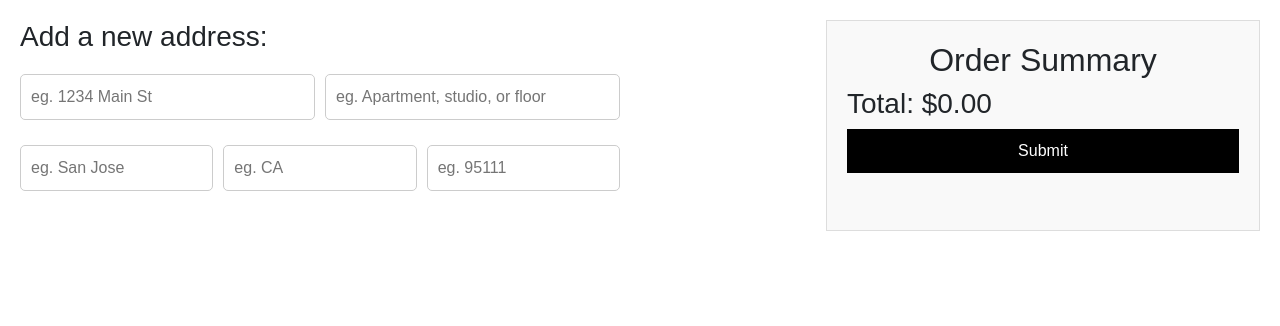
Repository: chelseajaculina/lab2-uber-eats
Page: /order (app in frontend/)
These files come from the project's save history. The page is drawn as it stood at one moment and after the next save; the edit follows.
The browser window is 1280 px wide. The pictures show the whole page.
The page's requests for data from a server got no answer. The project was rebuilt for these pictures with package versions that can differ from the ones it lists, and the page was loaded fresh each time. No one was signed in, and anything a server would have sent is missing. Also part of the build but not shown: frontend/src/components/Home.css, frontend/src/components/Logout.css, frontend/src/components/Logout.js, frontend/src/components/CartModal.css, frontend/src/components/CartModal.js, frontend/src/components/NavBarHome.js, frontend/src/components/Home.js, frontend/src/components/CustomerSignUp.js and 25 more.

Above is the page before, as saved 2024-11-23 00:01:13.

### frontend/src/components/OrderPage.js
import React, { useState, useEffect, useMemo } from 'react';
import { useLocation, useNavigate } from 'react-router-dom';
import axios from 'axios';
import './OrderPage.css'; // Add custom CSS for styling

const OrderPage = () => {
  const location = useLocation();
  const navigate = useNavigate();

  const cart = useMemo(() => location.state?.cart || [], [location.state]);

  const [street, setStreet] = useState('');
  const [apartment, setApartment] = useState('');
  const [city, setCity] = useState('');
  const [state, setState] = useState('');
  const [zipcode, setZipcode] = useState('');
  const [isLoading, setIsLoading] = useState(false);
  const [isOrderPlaced, setIsOrderPlaced] = useState(false);
  const [successMessage, setSuccessMessage] = useState('');
  const [customerId, setCustomerId] = useState(null);
  const [restaurantId, setRestaurantId] = useState(null);

  useEffect(() => {
    const fetchSessionData = async () => {
      try {
        const { data } = await axios.get('/api/session-data/', {
          headers: {
            Authorization: `Bearer ${localStorage.getItem('token')}`,
          },
        });

        setCustomerId(data.customer_id);
        setRestaurantId(cart[0]?.restaurant_id || data.restaurant_id);
      } catch (error) {
        console.error('Error fetching session data:', error);
      }
    };

    fetchSessionData();

    if (!customerId) setCustomerId(localStorage.getItem('customer_id'));
    if (!restaurantId) setRestaurantId(localStorage.getItem('restaurant_id'));
  }, [cart, customerId, restaurantId]);

  const calculateTotal = () =>
    cart.reduce((total, item) => total + (parseFloat(item.price) || 0) * item.quantity, 0).toFixed(2);

  const handlePlaceOrder = async () => {
    setIsLoading(true);
    setSuccessMessage('');

    const orderItems = cart.map((item) => ({
      dish_id: item.id,
      quantity: item.quantity,
    }));

    const orderPayload = {
      restaurant_id: restaurantId,
      customer_id: customerId,
      address: `${street}, ${apartment ? apartment + ', ' : ''}${city}, ${state} ${zipcode}`,
      items: orderItems,
      total: calculateTotal(),
      status: 'New',
      delivery_status: 'Order Received',
    };

    try {
      const response = await axios.post('/api/restaurants/orders/create/', orderPayload, {
        headers: {
          Authorization: `Bearer ${localStorage.getItem('token')}`,
        },
      });

      console.log('Order placed successfully:', response.data);
      setIsOrderPlaced(true);
      setSuccessMessage('Your order has been placed successfully!');
    } catch (error) {
      console.error('Error placing order:', error);
    } finally {
      setIsLoading(false);
    }
  };

  return (
    <div className="order-page">


      <div className="order-container">
        <div className="address-section">
          <h3> Add a new address:</h3>
          <form className="new-address-form">
            <div className="address-input">
              <input
                type="text"
                placeholder="eg. 1234 Main St"
                value={street}
                onChange={(e) => setStreet(e.target.value)}
              />
              <input
                type="text"
                placeholder="eg. Apartment, studio, or floor"
                value={apartment}
                onChange={(e) => setApartment(e.target.value)}
              />
            </div>
            <div className="address-input">
              <input
                type="text"
                placeholder="eg. San Jose"
                value={city}
                onChange={(e) => setCity(e.target.value)}
              />
              <input
                type="text"
                placeholder="eg. CA"
                value={state}
                onChange={(e) => setState(e.target.value)}
              />
              <input
                type="text"
                placeholder="eg. 95111"
                value={zipcode}
                onChange={(e) => setZipcode(e.target.value)}
              />
            </div>
          </form>
        </div>

        <div className="order-summary">
          <h2>Order Summary</h2>
          {cart.map((item) => (
            <div key={item.id} className="summary-item">
              <span>{item.name}</span>
              <span>Qty: {item.quantity}</span>
              <span>${(parseFloat(item.price) * item.quantity).toFixed(2)}</span>
            </div>
          ))}
          <h3>Total: ${calculateTotal()}</h3>
          <button
            className="place-order-button"
            onClick={handlePlaceOrder}
            disabled={isLoading || !customerId || !restaurantId}
          >
            {isLoading ? 'Placing Order...' : 'Submit'}
          </button>
        </div>
      </div>

      {isOrderPlaced && (
        <div className="confirmation-message">
          <h3>Congratulations!</h3>
          <p>Your order has been placed! Stay hungry, our delivery executive will be assigned shortly.</p>
          <button onClick={() => navigate('/orders')} className="dashboard-button">
            Go to Dashboard
          </button>
        </div>
      )}
    </div>
  );
};

export default OrderPage;

### frontend/src/components/SignUp.css
/* Shared container styling for login and signup */
.signup-container {
    display: flex;
    flex-direction: column;
    align-items: center;
    padding: 20px;
    width: 100%;
    background-color: #f7f7f7; /* Light gray background */
}

/* Shared header styling for both signup and login */
.signup-header {
    background-color: transparent;
    width: 100%;
    text-align: center;
    padding: 10px;
}

/* Brand title styling for consistency */
.brand-title {
    color: #000; /* Black color for "Uber" */
    font-size: 24px;
}

.brand-title span {
    color: #34a853; /* Green color for "Eats" */
}

/* Container to hold both forms side by side */
.signup-forms {
    display: flex;
    justify-content: space-between;
    width: 80%;
    max-width: 1200px;
    gap: 20px; /* Space between the two forms */
    margin-top: 20px;
}

/* Styling for each individual form container */
.form-container {
    flex: 1;
    background-color: white;
    padding: 20px;
    border-radius: 10px;
    box-shadow: 0 4px 10px rgba(0, 0, 0, 0.1);
    text-align: center;
}

/* Shared form styling for inputs and buttons */
.signup-form, .login-form {
    display: flex;
    flex-direction: column;
    width: 100%;
    margin-top: 20px;
}

.signup-form h2, h2 {
    text-align: center;
    font-size: 18px;
    margin-bottom: 10px;
    color: #333;
}

.signup-form input,  input {
    width: 100%;
    padding: 12px;
    margin: 8px 0;
    border-radius: 8px;
    border: 1px solid #ccc;
    font-size: 16px;
}

.continue-button {
    background-color: black;
    color: white;
    padding: 12px;
    border: none;
    border-radius: 8px;
    font-size: 16px;
    cursor: pointer;
    margin-top: 10px;
}

.divider {
    display: flex;
    align-items: center;
    text-align: center;
    margin: 20px 0;
}

.line {
    flex: 1;
    height: 1px;
    background-color: #ccc;
    border: none;
}



.google-button, .apple-button, .qr-code-button {
    display: flex;
    align-items: center;
    justify-content: center;
    background-color: #f5f5f5;
    color: black;
    padding: 12px;
    margin: 8px 0;
    border-radius: 8px;
    border: 1px solid #ccc;
    font-size: 16px;
    cursor: pointer;
}

.google-button img, .apple-button img, .qr-code-button img {
    width: 20px;
    height: 20px;
    margin-right: 10px;
}

.disclaimer {
    font-size: 12px;
    color: gray;
    text-align: center;
    margin-top: 10px;
    line-height: 1.5;
}

.link-button {
    color: #000;
    font-weight: bold;
    text-decoration: none;
    cursor: pointer;
    background: #000;  /* Remove default background */
    border: none;      /* Remove default border */
    padding: 0.5rem;   /* Optional padding to make it look button-like */
    color: #fff;
}

/* Responsive design for smaller screens */
@media (max-width: 768px) {
    .signup-forms {
        flex-direction: column;
        align-items: center;
    }

    .form-container {
        width: 100%;
        margin-bottom: 20px;
    }
}


/* Stretch buttons across form container */
.google-button, .apple-button, .qr-code-button {
    display: flex;
    align-items: center;
    justify-content: center;
    background-color: #f5f5f5;
    color: black;
    padding: 12px;
    margin: 8px 0;
    border-radius: 8px;
    border: 1px solid #ccc;
    font-size: 16px;
    cursor: pointer;
    width: 100%; /* Make buttons full width */
    max-width: 300px; /* Optional max-width to keep buttons from getting too wide */
}

/* Center the buttons within the form container */
.signup-form, .login-form {
    display: flex;
    flex-direction: column;
    align-items: center; /* Center all elements horizontally */
    width: 100%;
    margin-top: 20px;
}

/* Center the button icon */
.google-button .icon, .apple-button .icon, .qr-code-button .icon {
    margin-right: 10px;
    font-size: 20px;
}

### frontend/src/components/CustomerProfile.css
/* Main Container */
.dashboard-container {
    display: flex;
    font-family: Arial, sans-serif;
  }

  /* Sidebar */
  .sidebar {
    width: 250px;
    background-color: #000;
    color: #fff;
    padding: 20px;
    min-height: 100vh;
  }

  .sidebar h2 {
    font-size: 1.2em;
    margin-bottom: 20px;
    color: #fff;
  }

  .sidebar ul {
    list-style-type: none;
    padding: 0;
  }

  .sidebar ul li {
    padding: 15px 0;
    color: #ccc;
    cursor: pointer;
  }

  .sidebar ul li:hover,
  .sidebar ul li.active {
    color: #fff;
    background-color: #333;
    padding-left: 10px;
    border-radius: 5px;
  }

  /* Content Section */
  .content {
    flex: 1;
    padding: 40px;
  }

  .content h1 {
    font-size: 2em;
    font-weight: bold;
    margin-bottom: 20px;
  }

  /* Form Styling */
  form {
    display: flex;
    flex-direction: column;
    gap: 15px;
    max-width: 600px;
    margin-bottom: 30px;
  }

  form label {
    font-weight: bold;
    margin-bottom: 5px;
  }

  form input[type="text"],
  form input[type="date"],
  form input[type="email"],
  form input[type="tel"],
  form select {
    width: 100%;
    padding: 10px;
    border: 1px solid #ccc;
    border-radius: 5px;
  }

  form button {
    padding: 10px 15px;
    background-color: #28a745;
    color: #fff;
    border: none;
    border-radius: 5px;
    cursor: pointer;
  }

  form button:hover {
    background-color: #000;
  }

  /* Profile Picture Section */
  .profile-section {
    display: flex;
    align-items: center;
    gap: 10px;
    margin-bottom: 20px;
  }

  .profile-picture {
    width: 100px;
    height: 100px;
    border-radius: 75%;
    object-fit: cover;
    border: 1px solid #ccc;
  }

  .profile-picture-input {
    margin-top: 10px;
  }

  .profile-picture-btn {
    padding: 8px 12px;
    background-color: #28a745;
    color: #fff;
    border: none;
    border-radius: 5px;
    cursor: pointer;
    margin-top: 10px;
  }

  .profile-picture-btn:hover {
    background-color: #000000;
  }

  /* Favorites Section */
  .favorites-section {
    margin-top: 30px;
  }

  .favorites-section h2 {
    font-size: 1.5em;
    font-weight: bold;
    margin-bottom: 10px;
  }

  .favorites-section ul {
    list-style-type: none;
    padding: 0;
  }

  .favorites-section li {
    padding: 10px 0;
    border-bottom: 1px solid #eee;
  }

  /* Edit Icon Styling (optional) */
  .edit-icon {
    cursor: pointer;
    font-size: 1.2em;
    color: #007bff;
    background: #fff;
    border-radius: 50%;
    padding: 5px;
    border: 1px solid #007bff;
  }

### frontend/src/components/Welcome.css
/* General Reset */
* {
    margin: 0;
    padding: 0;
    box-sizing: border-box;
    font-family: Arial, Helvetica, sans-serif;
}

/* Container */
.landing-container {
    width: 100%;
    height: 100vh;
    background: url('/public/images/landing-bg.jpg') center/cover no-repeat;
    color: #000;
    display: flex;
    flex-direction: column;
    margin: 0;
    padding: 0;
}

/* Navigation Bar */
.navbar {
    display: flex;
    justify-content: space-between;
    align-items: center;
    padding: 1rem 2rem;
    background-color: transparent; /* Keep background transparent if desired */
    border-bottom: none; /* Ensure no bottom border */
    box-shadow: none; /* Ensure no shadow */
}


.navbar-left {
    display: flex;
    align-items: center;
    background-color: transparent;
}

.menu-button {
    font-size: 1.5rem;
    background: none;
    border: none;
    cursor: pointer;
    margin-right: 1rem;
    color: #000; /* White icon color */
}

.menu-button:focus {
    outline: none; /* Remove focus outline */
}

.brand-title {
    font-weight: bold;
    font-size: 1.5rem;
    color: #000;
}

.navbar-right {
    display: flex;
    align-items: center;
    background-color: transparent;
}

.navbar-right button {
    padding: 0.5rem 1rem;
    cursor: pointer;
    font-size: 1rem;
    margin-left: 1rem;
    border-radius: 5px;
    border: none; /* Ensure there is no border for solid button effect */
}

/* Log in Button - White with Black Border */
.login-button {
    background-color: #fff;          /* White background */
    color: #000;                     /* Black text */
    border: 1px solid #000;          /* Black border */
    border-radius: 5px;              /* Slightly rounded corners */
}

/* Sign up Button - Green with White Text */
.signup-button {
    background-color: #00ff80;  /* Green background */
    color: #fff;                     /* White text */
    border-radius: 5px;              /* Slightly rounded corners */
}

/* Hero Section */
.hero-section {
    display: flex;
    flex-direction: column;
    align-items: left;
    margin-top: 6rem;
    padding: 2rem;
    color: #000;
}

.hero-section h1 {
    font-size: 3rem;
    font-weight: bold;
    margin-bottom: 2rem;
}

/* Address Input Section */
.address-input-section {
    display: flex;
    align-items: center;
    gap: 1rem;
    width: 100%;
    max-width: 800px;
}

.input-box {
    display: flex;
    align-items: center;
    background: #fff;
    padding: 0.5rem;
    border-radius: 8px;
    flex-grow: 1;
    border: 1px solid #ddd;
}

.input-box .icon {
    margin-right: 0.5rem;
    color: #666;
}

.input-box input {
    border: none;
    outline: none;
    width: 100%;
    font-size: 1rem;
    padding: 0.5rem 0;
}

.delivery-time-dropdown {
    display: flex;
    align-items: center;
    background: #fff;
    padding: 0.5rem;
    border-radius: 8px;
    border: 1px solid #ddd;
}

.delivery-time-dropdown .icon {
    margin-right: 0.5rem;
    color: #666;
}

.delivery-time-dropdown select {
    border: none;
    outline: none;
    font-size: 1rem;
    background: transparent;
}

/* Search Button */
.search-button {
    background-color: #000;
    color: #fff;
    padding: 0.75rem 1.5rem;
    border: none;
    cursor: pointer;
    border-radius: 8px;
    font-weight: bold;
}

/* Sign In Link */
.signin-link {
    margin-top: 1rem;
    font-size: 1rem;
    color: #666;
}

.signin-link a {
    color: #000;
    font-weight: bold;
    text-decoration: none;
}

.signin-link a:hover {
    text-decoration: underline;
}

.link-button {
    color: #000;
    font-weight: bold;
    text-decoration: none;
    cursor: pointer;
    background: none;  /* Remove default background */
    border: none;      /* Remove default border */
    padding: 0.5rem;   /* Optional padding to make it look button-like */
}

.link-button:hover {
    text-decoration: underline; /* Add underline on hover */
}

### frontend/src/components/RestaurantProfile.css
/* Main Container */
.dashboard-container {
    display: flex;
    font-family: Arial, sans-serif;
  }

  /* Sidebar */
  .sidebar {
    width: 250px;
    background-color: #000;
    color: #fff;
    padding: 20px;
    min-height: 100vh;
  }

  .sidebar h2 {
    font-size: 1.2em;
    margin-bottom: 20px;
    color: #fff;
  }

  .sidebar ul {
    list-style-type: none;
    padding: 0;
  }

  .sidebar ul li {
    padding: 15px 0;
    color: #ccc;
    cursor: pointer;
  }

  .sidebar ul li:hover,
  .sidebar ul li.active {
    color: #fff;
    background-color: #333;
    padding-left: 10px;
    border-radius: 5px;
  }

  /* Content Section */
  .content {
    flex: 1;
    padding: 40px;
  }

  .content h1 {
    font-size: 2em;
    font-weight: bold;
    margin-bottom: 20px;
  }

  /* Form Styling */
  form {
    display: flex;
    flex-direction: column;
    gap: 15px;
    max-width: 600px;
    margin-bottom: 30px;
  }

  form label {
    font-weight: bold;
    margin-bottom: 5px;
  }

  form input[type="text"],
  form input[type="date"],
  form input[type="email"],
  form input[type="tel"],
  form select {
    width: 100%;
    padding: 10px;
    border: 1px solid #ccc;
    border-radius: 5px;
  }

  form button {
    padding: 10px 15px;
    background-color: #28a745;
    color: #fff;
    border: none;
    border-radius: 5px;
    cursor: pointer;
  }

  form button:hover {
    background-color: #000;
  }

  /* Profile Picture Section */
  .profile-section {
    display: flex;
    align-items: center;
    gap: 10px;
    margin-bottom: 20px;
  }

  .profile-picture {
    width: 100px;
    height: 100px;
    border-radius: 75%;
    object-fit: cover;
    border: 1px solid #ccc;
  }

  .profile-picture-input {
    margin-top: 10px;
  }

  .profile-picture-btn {
    padding: 8px 12px;
    background-color: #28a745;
    color: #fff;
    border: none;
    border-radius: 5px;
    cursor: pointer;
    margin-top: 10px;
  }

  .profile-picture-btn:hover {
    background-color: #000000;
  }

  /* Favorites Section */
  .favorites-section {
    margin-top: 30px;
  }

  .favorites-section h2 {
    font-size: 1.5em;
    font-weight: bold;
    margin-bottom: 10px;
  }

  .favorites-section ul {
    list-style-type: none;
    padding: 0;
  }

  .favorites-section li {
    padding: 10px 0;
    border-bottom: 1px solid #eee;
  }

  /* Edit Icon Styling (optional) */
  .edit-icon {
    cursor: pointer;
    font-size: 1.2em;
    color: #007bff;
    background: #fff;
    border-radius: 50%;
    padding: 5px;
    border: 1px solid #007bff;
  }

### frontend/src/components/RestaurantMenu.css
/* General Reset */
* {
  margin: 0;
  padding: 0;
  box-sizing: border-box;
  font-family: Arial, Helvetica, sans-serif;
}

/* Container for the entire menu section */
.restaurant-menu {
  width: 100%;
  padding: 20px;
  display: flex;
  flex-direction: column;
  align-items: center;
  background-color: #f5f5f5;
}

/* Title of the menu */
.menu-title {
  font-size: 2rem;
  margin-bottom: 20px;
  color: #333;
}

/* Section for the add dish button */
.add-dish-section {
  width: 100%;
  display: flex;
  justify-content: center;
  margin-bottom: 20px;
}

.add-dish-button {
  padding: 10px 20px;
  font-size: 1rem;
  background-color: black;
  color: white;
  border: none;
  border-radius: 5px;
  cursor: pointer;
  transition: background-color 0.3s;
}

.add-dish-button:hover {
  background-color: #333;
}

/* Dishes list */
.dishes-list {
  width: 100%;
  display: flex;
  flex-wrap: wrap;
  justify-content: center;
  gap: 20px;
}

/* Individual dish card */
.dish-card {
  background-color: white;
  width: 250px;
  padding: 10px;
  border-radius: 10px;
  box-shadow: 0 4px 8px rgba(0, 0, 0, 0.1);
  text-align: center;
  display: flex;
  flex-direction: column;
  align-items: center;
}

.dish-image {
  width: 100%;
  height: 180px;
  object-fit: cover;
  border-radius: 10px;
  margin-bottom: 10px;
}

.dish-card h3 {
  font-size: 1.2rem;
  color: #333;
}

.dish-card p {
  font-size: 0.9rem;
  color: #555;
}

.dish-card strong {
  color: #000;
}

/* Modal overlay */
.modal-overlay {
  position: fixed;
  top: 0;
  left: 0;
  width: 100%;
  height: 100%;
  background-color: rgba(0, 0, 0, 0.5);
  display: flex;
  justify-content: center;
  align-items: center;
}

/* Modal content */
.modal-content {
  background-color: white;
  padding: 20px;
  width: 400px;
  border-radius: 10px;
  box-shadow: 0 4px 8px rgba(0, 0, 0, 0.2);
}

.modal-content h2 {
  font-size: 1.5rem;
  margin-bottom: 20px;
  color: #333;
}

.dish-form {
  display: flex;
  flex-direction: column;
  gap: 10px;
}

.dish-form input,
.dish-form select,
.dish-form textarea {
  padding: 10px;
  font-size: 1rem;
  border: 1px solid #ccc;
  border-radius: 5px;
  width: 100%;
  box-sizing: border-box;
}

.dish-form textarea {
  resize: vertical;
  height: 100px;
}

.form-buttons {
  display: flex;
  justify-content: space-between;
}

.save-button {
  background-color: #00cc66;
  color: white;
  padding: 10px 20px;
  border: none;
  border-radius: 5px;
  cursor: pointer;
  transition: background-color 0.3s;
}

.save-button:hover {
  background-color: #00a653;
}

.cancel-button {
  background-color: #ccc;
  color: #333;
  padding: 10px 20px;
  border: none;
  border-radius: 5px;
  cursor: pointer;
  transition: background-color 0.3s;
}

.cancel-button:hover {
  background-color: #bbb;
}

/* Price input styling */
.price-input {
  display: flex;
  align-items: center;
}

.price-input span {
  margin-right: 10px;
  font-size: 1rem;
  color: #333;
}

/* Loading message */
.loading {
  text-align: center;
  font-size: 1.2rem;
  color: #333;
}

### frontend/src/components/OrderPage.css
.order-page {
  font-family: Arial, sans-serif;
  margin: 20px;
}

.order-header {
  display: flex;
  justify-content: space-between;
  align-items: center;
  margin-bottom: 20px;
}

.logout-button {
  background-color: black;
  color: white;
  border: none;
  padding: 10px 20px;
  cursor: pointer;
}

.order-container {
  display: flex;
  justify-content: space-between;
}

.address-section {
  width: 60%;
}

.address-display {
  width: 100%;
  padding: 10px;
  margin-bottom: 20px;
  background-color: #f5f5f5;
  border: 1px solid #ccc;
}

.new-address-form {
  margin-top: 20px;
}

.address-input {
  display: flex;
  gap: 10px;
  margin-bottom: 10px;
}

.order-summary {
  width: 35%;
  background-color: #f9f9f9;
  padding: 20px;
  border: 1px solid #ddd;
}

.summary-item {
  display: flex;
  justify-content: space-between;
  margin-bottom: 10px;
}

.place-order-button {
  width: 100%;
  padding: 10px;
  background-color: black;
  color: white;
  border: none;
  cursor: pointer;
  font-size: 16px;
}

.confirmation-message {
  margin-top: 20px;
  background-color: #e8f5e9;
  padding: 15px;
  border: 1px solid #c8e6c9;
  color: #388e3c;
}

.dashboard-button {
  background-color: black;
  color: white;
  padding: 10px 20px;
  border: none;
  margin-top: 10px;
  cursor: pointer;
}

### frontend/src/components/NavBarBusiness.css
/* General Reset */
* {
    margin: 0;
    padding: 0;
    box-sizing: border-box;
    font-family: Arial, Helvetica, sans-serif;
}

.landing-container {
    width: 100%;
    height: 100vh;
    background: url('/public/images/landing-bg.jpg') center/cover no-repeat;
    color: #000;
    display: flex;
    flex-direction: column;
}


/* Navigation Bar */
.navbar {
    display: flex;
    justify-content: space-between;
    align-items: center;
    padding: 1rem;
    background-color: transparent;
    color: #fff;
    flex-wrap: wrap; /* Allows items to wrap in small screens */
    width: 100%;
}

/* Navbar Left Section */
.navbar-left {
    display: flex;
    align-items: center;
    flex-wrap: wrap;
    gap: 1rem;
}

/* Menu Button */
.menu-button {
    font-size: 1.5rem;
    background: none;
    border: none;
    cursor: pointer;
    color: #fff;
}

/* Brand Title */
.brand-title {
    font-weight: bold;
    font-size: 1.5rem;
    color: #000;
    text-decoration: none;
}

.brand-link {
    color: #000;
    text-decoration: none;
}

/* Delivery and Pickup Buttons */
.delivery-pickup-buttons {
    display: flex;
    gap: 0.5rem;
}

.delivery-btn, .pickup-btn {
    padding: 0.5rem 1rem;
    border-radius: 20px;
    border: none;
    cursor: pointer;
    background-color: #f6f6f6;
    color: #000;
    transition: background-color 0.3s;
}

.delivery-btn.active {
    background-color: #fff;
    border: 1px solid #ddd;
}

/* Navbar Right Section */
.navbar-right {
    display: flex;
    align-items: center;
    gap: 1rem;
    flex-wrap: wrap;
    flex: 1;
    justify-content: flex-end;
    width: 100%;
}

.location {
    display: flex;
    align-items: center;
    gap: 0.5rem;
    font-size: 1rem;
    color: #fff;
    white-space: nowrap;
}

.search-box {
    display: flex;
    align-items: center;
    background-color: #f6f6f6;
    padding: 0.5rem 1rem;
    border-radius: 20px;
    gap: 0.5rem;
    flex-grow: 1; /* Expand the search box */
    max-width: 400px;
    min-width: 200px;
}

.search-box input {
    border: none;
    background: transparent;
    outline: none;
    width: 100%;
    color: #000;
}

.login-button {
    padding: 0.5rem 1rem;
    background-color: #fff;
    color: #000;
    border: 1px solid #000;
    border-radius: 5px;
    cursor: pointer;
}

.signup-button {
    padding: 0.5rem 1rem;
    background-color: #000;
    color: #fff;
    border: none;
    border-radius: 5px;
    cursor: pointer;
}

.shopping-cart-icon {
    font-size: 1.5rem;
    color: #00cc66;
}

/* Side Menu */
.side-menu {
    position: fixed;
    top: 0;
    left: 0;
    width: 300px;
    height: 100%;
    background-color: #fff;
    box-shadow: 2px 0 5px rgba(0, 0, 0, 0.3);
    padding: 2rem;
    z-index: 1000;
    display: flex;
    flex-direction: column;
    gap: 1rem;
}

.close-button {
    align-self: flex-end;
    background: none;
    border: none;
    font-size: 1.5rem;
    cursor: pointer;
}

.signup-side-button, .login-side-button {
    width: 100%;
    padding: 1rem;
    border-radius: 5px;
    border: none;
    cursor: pointer;
    font-size: 1.2rem;
}

.signup-side-button {
    background-color: #000;
    color: #fff;
}

.login-side-button {
    background-color: #f0f0f0;
    color: #000;
}

.side-links {
    display: flex;
    flex-direction: column;
    gap: 1rem;
}

.side-links a {
    text-decoration: none;
    color: #000;
    font-weight: bold;
}

.download-app {
    margin-top: auto;
    text-align: center;
}

.app-links button {
    margin: 1rem 0.5rem;
    padding: 0.5rem 1rem;
    border-radius: 5px;
    border: none;
    cursor: pointer;
    font-weight: bold;
}

/* Media Queries for Responsive Design */
@media (max-width: 768px) {
    .navbar {
        padding: 0.5rem 1rem;
    }

    .navbar-right {
        flex-direction: column;
        gap: 0.5rem;
        width: 100%;
        justify-content: center;
        align-items: flex-start;
    }

    .search-box {
        order: 2;
        margin-top: 1rem;
        width: 100%;
    }

    .location {
        display: none;
    }
}

@media (max-width: 480px) {
    .delivery-pickup-buttons {
        display: none; /* Hide on small screens */
    }

    .signup-button, .login-button {
        padding: 0.3rem 0.8rem;
    }

    .shopping-cart-icon {
        font-size: 1.2rem;
    }

    .navbar {
        flex-direction: column;
        align-items: flex-start;
    }

    .brand-title {
        font-size: 1.2rem;
    }
}

Loaded but not shown: frontend/public/index.html (common file); frontend/src/App.js (86 lines, source omitted); frontend/src/contexts/CartContext.js (42 lines, source omitted); frontend/src/index.js (14 lines, source omitted); frontend/src/components/NavBar.css (372 lines, source omitted)

After the next save:
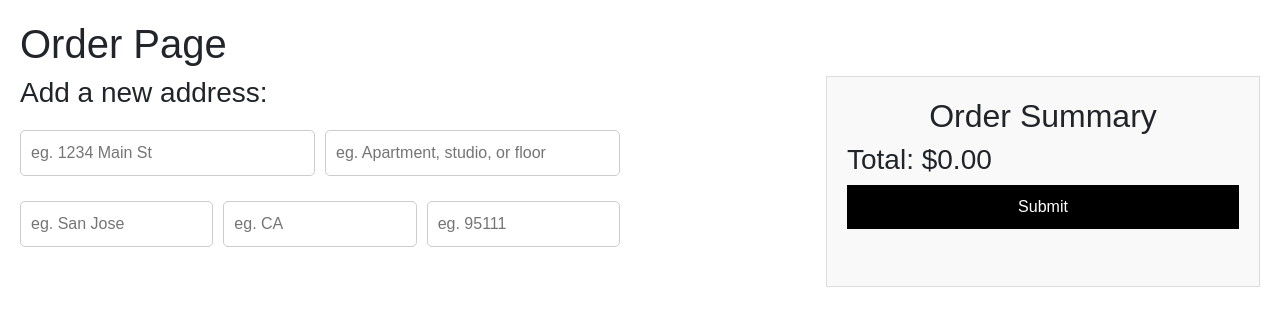
Saved 5 s later.
--- a/frontend/src/components/OrderPage.js
+++ b/frontend/src/components/OrderPage.js
@@ -83,7 +83,7 @@ const OrderPage = () => {
 
   return (
     <div className="order-page">
-
+      <h1>Order Page</h1>
 
       <div className="order-container">
         <div className="address-section">
